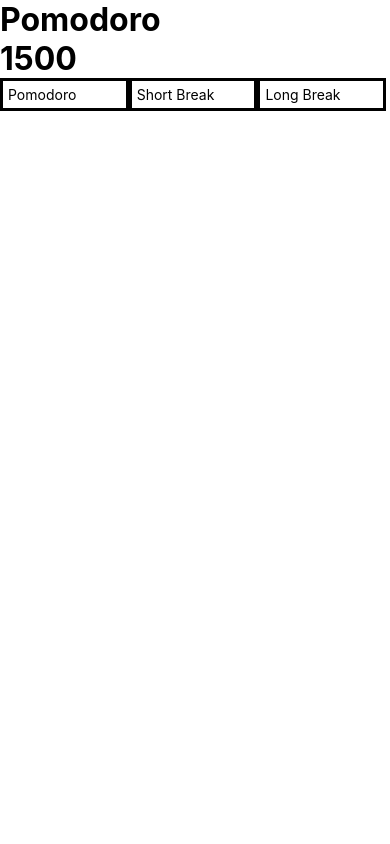
Repository: rchavarria77/pomodoro-app
Screen: /
An editor plug-in stored every save of this project. The screen is shown before and after the next save, followed by the edit.
The app was drawn by React Native's web renderer in a window 390 px wide. The project was rebuilt for these pictures with package versions that can differ from the ones it lists, and the page was loaded fresh each time.

Above is the screen before, as saved 2024-02-01 00:50:29.

### App.js
import { useState } from 'react';
import { Platform, SafeAreaView, StyleSheet, Text, View } from 'react-native';
import { Header } from './src/components/Header';

const colors = ['#F7DC6F', '#A2D9CE', '#D7BDE2'];

export default function App() {
  const [isWorking, setIsWorking] = useState(false);
  const [time, setTime] = useState(25 * 60);
  const [currentTime, setCurrentTime] = useState('POMO' | 'SHORT' | 'BREAK');

  return (
    <SafeAreaView style={styles.container}>
      <View style={{ paddingTop: Platform.OS === 'android' && 30 }}>
        <Text style={styles.text}>Pomodoro</Text>
        <Text style={styles.text}>{time}</Text>
        <Header
          setTime={setTime}
          currentTime={currentTime}
          setCurrentTime={setCurrentTime}
        />
      </View>
    </SafeAreaView>
  );
}

const styles = StyleSheet.create({
  container: {
    flex: 1,
  },
  text: { fontSize: 32, fontWeight: 'bold' },
});

### src/components/Header.jsx
import { StyleSheet, Text, TouchableOpacity, View } from 'react-native';

const options = ['Pomodoro', 'Short Break', 'Long Break'];

export const Header = ({ setTime, currentTime, setCurrentTime }) => {
  const handlePress = (index) => {
    const newTime = index === 0 ? 25 : index === 1 ? 5 : 15;
    setCurrentTime(index);
    setTime(newTime * 60);
  };

  return (
    <View style={{ flexDirection: 'row' }}>
      {options.map((option, i) => (
        <TouchableOpacity
          key={i}
          style={styles.itemStyle}
          onPress={() => handlePress(i)}
        >
          <Text>{option}</Text>
        </TouchableOpacity>
      ))}
    </View>
  );
};

const styles = StyleSheet.create({
  itemStyle: {
    width: '33%',
    borderWidth: 3,
    padding: 5,
  },
});

After the next save:
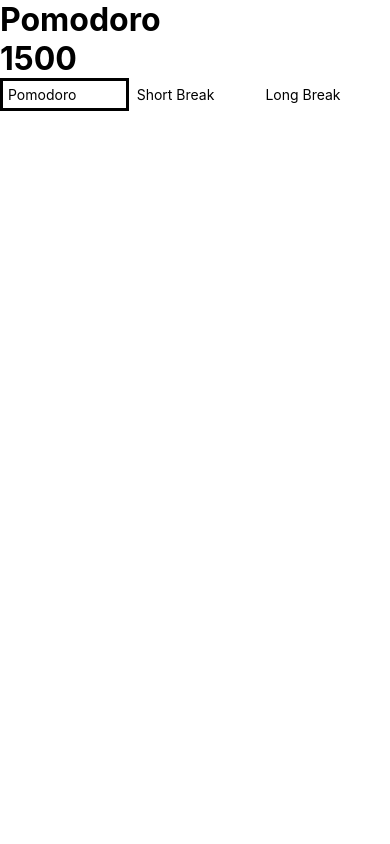
Saved 97 s later.
--- a/src/components/Header.jsx
+++ b/src/components/Header.jsx
@@ -14,7 +14,10 @@ export const Header = ({ setTime, currentTime, setCurrentTime }) => {
       {options.map((option, i) => (
         <TouchableOpacity
           key={i}
-          style={styles.itemStyle}
+          style={[
+            styles.itemStyle,
+            currentTime !== i && { borderColor: 'transparent' },
+          ]}
           onPress={() => handlePress(i)}
         >
           <Text>{option}</Text>
